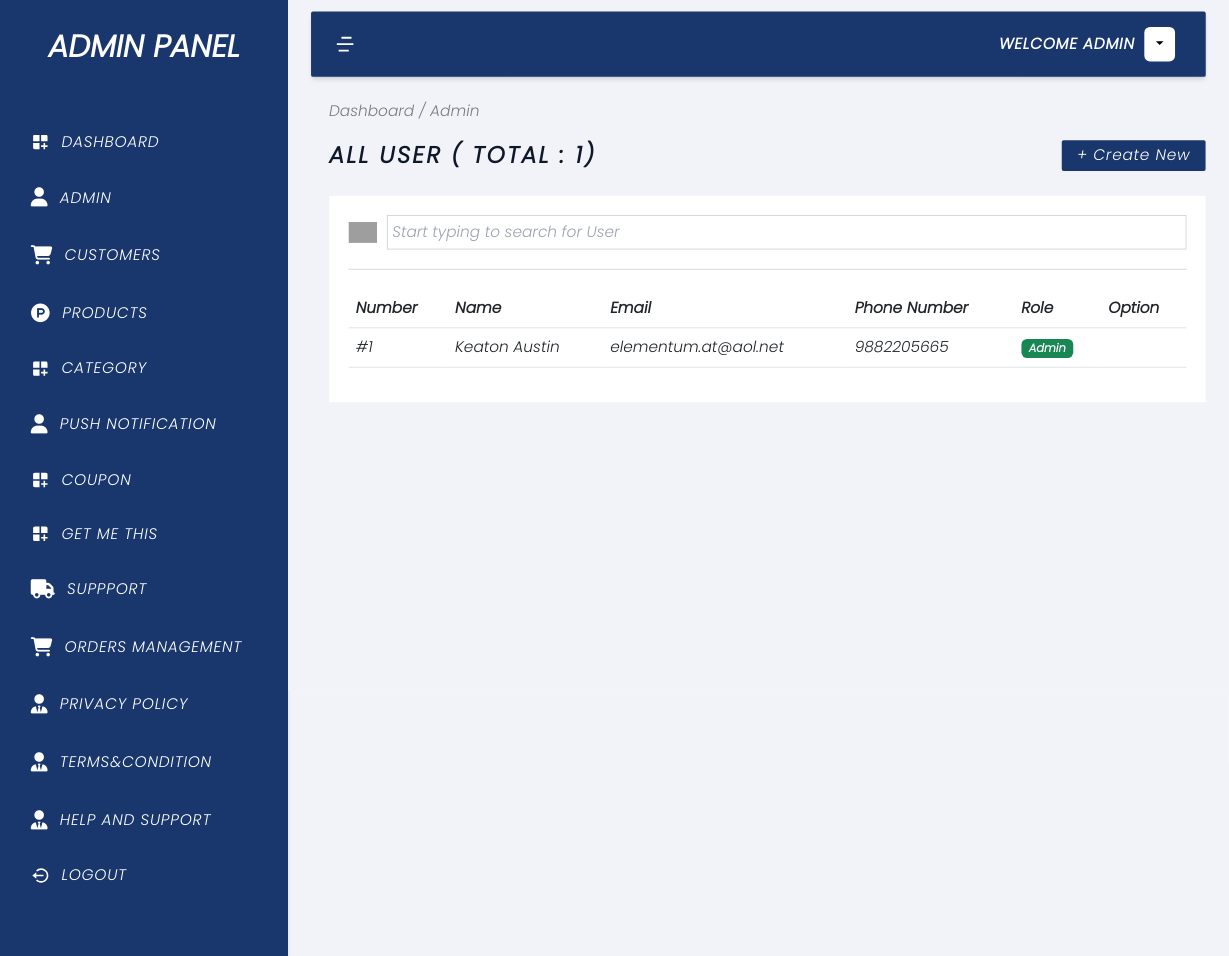
Repository: arpanmalik/project-khanna
Page: /Admin
These files come from the project's save history. The page is drawn as it stood at one moment and after the next save; the edit follows.
The browser window is 1280 px wide. The pictures show the whole page, at 96% of full size.
Pictures or frames that could not be fetched are drawn as grey boxes. Some web libraries are served in a nearby version. The project was rebuilt for these pictures with package versions that can differ from the ones it lists, and the page was loaded fresh each time. Also part of the build but not shown: src/E-CommerceAdmin/forms/Login.jsx, src/E-CommerceAdmin/pages/Dashboard.jsx, src/E-CommerceAdmin/pages/ECategory.js, src/E-CommerceAdmin/pages/EProduct.js, src/E-CommerceAdmin/pages/EVendorList.js, src/E-CommerceAdmin/pages/EAdminOrders.js, src/E-CommerceAdmin/pages/EAdminProduct.js, src/E-CommerceAdmin/pages/EAdminDelivery.js and 11 more. Imported but missing from the stored project, and not drawn on this page: src/E-CommerceAdmin/pages/Component/SpinnerComp, src/E-CommerceVendor/forms/EVendorLogin, src/E-CommerceVendor/pages/EVCategory, src/E-CommerceVendor/pages/EVCoupon, src/E-CommerceVendor/pages/EVDashboard, src/E-CommerceVendor/pages/EVOrders, src/E-CommerceVendor/pages/EVProduct, src/E-CommerceVendor/pages/EVSubCategory.

Above is the page before, as saved 2023-05-16 15:07:29.

### public/index.html
<!-- @format -->

<!DOCTYPE html>
<html lang="en">
  <head>
    <meta charset="utf-8" />
    <meta name="viewport" content="width=device-width, initial-scale=1" />
    <meta name="theme-color" content="#000000" />
    <meta
      name="description"
      content="Web site created using create-react-app"
    />
    <link rel="manifest" href="%PUBLIC_URL%/manifest.json" />
    <link rel="preconnect" href="https://fonts.googleapis.com">
<link rel="preconnect" href="https://fonts.gstatic.com" crossorigin>
<link href="https://fonts.googleapis.com/css2?family=Roboto+Mono:ital,wght@1,300&display=swap" rel="stylesheet">
    <title>Admin Panel</title>
  </head>
  <body>
    <noscript>You need to enable JavaScript to run this app.</noscript>
    <div id="root"></div>
    <script src="https://code.jquery.com/jquery-3.6.0.min.js"></script>
    <script src="https://kit.fontawesome.com/b533b351e4.js" crossorigin="anonymous"></script>
  </body>
</html>

### src/E-CommerceAdmin/pages/EAdmin.js
/** @format */

import axios from "axios";
import React, { useEffect, useState } from "react";
import { Alert, Badge, Button, Form, Modal, Table } from "react-bootstrap";
import { toast } from "react-toastify";
import HOC from "../layout/HOC";

const EAdmin = () => {
  const [modalShow, setModalShow] = React.useState(false);


  function MyVerticallyCenteredModal(props) {
    const [name, setName] = useState("");
    const [email, setEmail] = useState("");
    const [password, setPassword] = useState("");
    const [passwordConfirmation, setPasswordConfirmation] = useState("");
    const [phone, setPhone] = useState("");
    const [passwordError, setPasswordError] = useState(false);

    const postHandler = async (e) => {
      e.preventDefault();
      if (password === passwordConfirmation) {
        try {
          const { data } = await axios.post(
            "http://ec2-65-1-248-95.ap-south-1.compute.amazonaws.com:8886/api/auth/register",
            {
              name,
              username: name,
              email,
              password,
              passwordConfirmation,
              phone,
              role: "admin",
            }
          );
          toast.success(`${data?.user?.name} Created `);

        } catch (e) {
          console.log(e);
          toast.error(e.response.data.message);
        }
      } else {
        setPasswordError(true);
      }
    };

    return (
      <Modal
        {...props}
        size="lg"
        aria-labelledby="contained-modal-title-vcenter"
        centered
      >
        <Modal.Header closeButton>
          <Modal.Title id="contained-modal-title-vcenter">
            Add Admin
          </Modal.Title>
        </Modal.Header>
        <Modal.Body>
          {passwordError ? (
            <Alert variant="danger">Passwords do not Match</Alert>
          ) : (
            ""
          )}
          <Form onSubmit={postHandler}>
            <Form.Group className="mb-3">
              <Form.Label>Name</Form.Label>
              <Form.Control
                type="text"
                required
                onChange={(e) => setName(e.target.value)}
              />
            </Form.Group>
            <Form.Group className="mb-3">
              <Form.Label>Email Address</Form.Label>
              <Form.Control
                type="email"
                required
                onChange={(e) => setEmail(e.target.value)}
              />
            </Form.Group>
            <Form.Group className="mb-3">
              <Form.Label>Phone Number</Form.Label>
              <Form.Control
                type="tel"
                pattern="[0-9]{10}"
                required
                onChange={(e) => setPhone(e.target.value)}
              />
            </Form.Group>
            <Form.Group className="mb-3">
              <Form.Label>Password</Form.Label>
              <Form.Control
                type="password"
                required
                onChange={(e) => setPassword(e.target.value)}
                minLength={8}
              />
            </Form.Group>
            <Form.Group className="mb-3">
              <Form.Label>Confirm Password</Form.Label>
              <Form.Control
                type="password"
                required
                onChange={(e) => setPasswordConfirmation(e.target.value)}
                minLength={8}
              />
            </Form.Group>
            <Button variant="outline-success" type="submit">
              Submit
            </Button>
          </Form>
        </Modal.Body>
        <Modal.Footer></Modal.Footer>
      </Modal>
    );
  }



  return (
    <>
      <MyVerticallyCenteredModal
        show={modalShow}
        onHide={() => setModalShow(false)}
      />

      <p className="headP">Dashboard / Admin</p>
      <div
        className="pb-4 sticky top-0  w-full flex justify-between items-center"
        style={{ width: "98%", marginLeft: "2%" }}
      >
        <span
          className="tracking-widest text-slate-900 font-semibold uppercase "
          style={{ fontSize: "1.5rem" }}
        >
          All User ( Total : 1)
        </span>
        <button
          onClick={() => {
            setModalShow(true);
          }}
          className="md:py-2 px-3 md:px-4 py-1 rounded-sm bg-[#19376d] text-white tracking-wider"
        >
          + Create New
        </button>
      </div>

      <section className="sectionCont">
            <div className="filterBox">
              <img
                src="https://t4.ftcdn.net/jpg/01/41/97/61/360_F_141976137_kQrdYIvfn3e0RT1EWbZOmQciOKLMgCwG.jpg"
                alt=""
              />
              <input
                type="search"
                placeholder="Start typing to search for User"
              />
            </div>

            <div className="overFlowCont">
              <Table>
                <thead>
                  <tr>
                    <th>Number</th>
                    <th>Name</th>
                    <th>Email</th>
                    <th>Phone Number</th>
                    <th>Role</th>
                    <th>Option</th>
                  </tr>
                </thead>
                <tbody>
                  <tr>
                    <td>#1</td>
                    <td>Keaton Austin</td>
                    <td>elementum.at@aol.net</td>
                    <td>9882205665</td>
                    <td>
                      <Badge bg='success' >Admin</Badge>
                    </td>
                    <td></td>
                  </tr>
                </tbody>
              </Table>
            </div>
      </section>
    </>
  );
};

export default HOC(EAdmin);

### src/E-CommerceAdmin/layout/HOC.jsx
/** @format */

import React, { useState } from "react";
import Navbar from "./Navbar";
import Sidebar from "./Sidebar";

const HOC = (Wcomponenet) => {
  return function Component() {
    const [hamb, setHamb] = useState(false);
    return (
      <>
        <section
          className="flex overflow-x-hidden relative "
          style={{ backgroundColor: "#f2f3f8" }}
        >
          {/* Sidebar */}
          <div
            className={
              hamb
                ? " absolute top-0 z-30 md:w-auto shadow-md bg-slate-200  w-60 transition-all md:-left-full left duration-150  h-auto overflow-y-auto  left-0 "
                : " md:w-72 z-30 bg-slate-200  shadow-md  md:static absolute top-0 -left-full   transition-all duration-150  overflow-y-auto h-auto"
            }
            style={{ minWidth: "300px" }}
          >
            <Sidebar hamb={hamb} setHamb={setHamb} />
          </div>
          {/* Components & Navbar */}
          <div
            className={
              hamb
                ? " transition-all px-4 py-2  duration-150 w-full h-screen"
                : " w-full h-screen  px-4 py-2   z-50 transition-all duration-150 "
            }
            style={{ backgroundColor: "#f2f3f8" }}
          >
            <Navbar hamb={hamb} setHamb={setHamb} />
            <div className="my-6 text-#000 h-[87%] wcomp overflow-y-auto">
              {" "}
              <Wcomponenet />
            </div>
          </div>
        </section>
      </>
    );
  };
};

export default HOC;

### src/E-CommerceAdmin/layout/Navbar.jsx
/** @format */
import { RiMenu4Line } from "react-icons/ri";
import Dropdown from "react-bootstrap/Dropdown";
import { UpdateProfile } from "../../Modals";
import { useState } from "react";
import { useNavigate } from "react-router-dom";
import { toast } from "react-toastify";

const Navbar = ({ hamb, setHamb }) => {
  const [modalShow, setModalShow] = useState(false);
  const navigate = useNavigate();

  function LogOut () {
    navigate('/')
    toast.success("Logged Out")
  }

  return (
    <>
      <UpdateProfile show={modalShow} onHide={() => setModalShow(false)} />
      <div
        className={
          hamb
            ? "flex  w-full justify-between  my-1 rounded-sm  p-4 py-3 shadow-md items-center  bg-slate-200 space-x-4"
            : "flex  w-full justify-between my-1 rounded-sm  p-4 py-3 shadow-md items-center  bg-slate-200 space-x-4"
        }
        style={{ backgroundColor: "#19376d" }}
      >
        <RiMenu4Line
          onClick={() => setHamb(!hamb)}
          className="text-2xl font-bold text-gray-900 hover:scale-90 cursor-pointer"
          style={{ color: "#fff" }}
        />

        <section className="flex sm:ml-auto justify-end sm:w-full items-center space-x-2  pr-2">
          <figcaption
            className="tracking-wider pl-1 font-semibold d-flex"
            style={{ gap: "10px", alignItems: "center" }}
          >
            <div
              className="lg:text-base text-sm text-gray-900  uppercase"
              style={{ color: "#fff" }}
            >
              Welcome Admin
            </div>
            <Dropdown>
              <Dropdown.Toggle id="dropdown-basic"></Dropdown.Toggle>

              <Dropdown.Menu>
                <Dropdown.Item onClick={() => setModalShow(true)}>
                  Update Profile <i className="fa-solid fa-user"></i>{" "}
                </Dropdown.Item>
                <Dropdown.Item onClick={() => LogOut()} >
                  Logout <i className="fa-solid fa-right-from-bracket"></i>{" "}
                </Dropdown.Item>
              </Dropdown.Menu>
            </Dropdown>
          </figcaption>
        </section>
      </div>
    </>
  );
};

export default Navbar;

### src/E-CommerceAdmin/layout/Sidebar.jsx
/** @format */

import React from "react";
import { RiCloseLine } from "react-icons/ri";
import { Link, useNavigate } from "react-router-dom";
import { BiLogOutCircle } from "react-icons/bi";
import { MdDashboardCustomize } from "react-icons/md";

const Sidebar = ({ hamb, setHamb }) => {
  const navigate = useNavigate();

  const nav = [
    {
      icon: <MdDashboardCustomize className="text-xl mr-3 rounded-full " />,
      link: "/dashboard ",
      name: "Dashboard",
    },
    {
      icon: <i className="fa-solid fa-user text-xl mr-3 rounded-full"></i>,
      link: "/Admin",
      name: "Admin",
    },
    {
      icon: (
        <i className="fa-solid fa-cart-shopping text-xl mr-3 rounded-full"></i>
      ),
      link: "/Customer",
      name: "Customers",
    },
    // {
    //   icon: <i className="fa-solid fa-user-tie text-xl mr-3 rounded-full"></i>,
    //   link: "/VendorList",
    //   name: "Vendors",
    // },
    {
      icon: (
        <i className="fa-brands fa-product-hunt text-xl mr-3 rounded-full"></i>
      ),
      link: "/Product",
      name: "Products",
    },
    {
      icon: <MdDashboardCustomize className="text-xl mr-3 rounded-full " />,
      link: "/Category",
      name: "Category",
    },

    // {
    //   icon: <MdDashboardCustomize className="text-xl mr-3 rounded-full " />,
    //   link: "/SubCategory",
    //   name: "Sub-Category",
    // },
    {
      icon: <i className="fa-solid fa-user text-xl mr-3 rounded-full"></i>,
      link: "/pushNotification",
      name: "Push Notification",
    },

    // {
    //   icon: <MdDashboardCustomize className="text-xl mr-3 rounded-full " />,
    //   link: "/banner",
    //   name: "Banner",
    // },
    {
      icon: <MdDashboardCustomize className="text-xl mr-3 rounded-full " />,
      link: "/coupon",
      name: "Coupon",
    },
    {
      icon: <MdDashboardCustomize className="text-xl mr-3 rounded-full " />,
      link: "/getMeThis",
      name: "Get Me This",
    },
    {
      icon: <i className="fa-solid fa-truck  text-xl mr-3 rounded-full"></i>,
      link: "/Support",
      name: "Suppport",
    },
    {
      icon: (
        <i className="fa-solid fa-cart-shopping text-xl mr-3 rounded-full"></i>
      ),
      link: "/Orders",
      name: "Orders Management",
    },

    {
      icon: <i className="fa-solid fa-user-tie text-xl mr-3 rounded-full"></i>,
      link: "/privacy",
      name: "Privacy Policy",
    },
    {
      icon: <i className="fa-solid fa-user-tie text-xl mr-3 rounded-full"></i>,
      link: "/terms",
      name: "Terms&Condition",
    },
    // {
    //   icon: <i className="fa-solid fa-user-tie text-xl mr-3 rounded-full"></i>,
    //   link: "/helpSupport",
    //   name: "Help and Support",
    // },
    {
      icon: <i className="fa-solid fa-user-tie text-xl mr-3 rounded-full"></i>,
      link: "/complaints",
      name: "Help and Support",
    },
  ];

  const logOut = () => {
    localStorage.clear()
    navigate("/");
  };

  return (
    <>
      <aside
        className="p-4 h-auto"
        style={{ backgroundColor: "#19376d", minHeight: "100vh" }}
      >
        {/* Top */}
        <div className="w-full md:hidden relative  p-2 mb-4">
          <RiCloseLine
            onClick={() => setHamb(!hamb)}
            className="text-3xl  absolute top-2 sm:hover:rotate-[228deg] transition-transform font-bold right-2 sm:hover:text-[22px] text-[rgb(241,146,46)] cursor-pointer"
          />
        </div>{" "}
        <figure className="flex  flex-col items-center">
          <span
            className="font-bold text-[#fff]"
            style={{
              fontSize: "2rem",
              textAlign: "center",
              textTransform: "uppercase",
            }}
          >
            {" "}
            ADMIN PANEL
          </span>
        </figure>
        <nav className="py-6">
          {nav.map((nav) => {
            return (
              <Link
                to={nav.link}
                key={nav.name}
                className=""
                style={{ textDecoration: "none", textTransform: "uppercase" }}
              >
                <span
                  className="flex my-3 items-center cursor-pointer text-gray-900    tracking-wider p-2 rounded-sm"
                  style={{ color: "#FFF" }}
                >
                  {nav.icon} {nav.name}
                </span>
              </Link>
            );
          })}
          <span
            className="flex my-3 items-center cursor-pointer text-gray-900    tracking-wider p-2 rounded-sm"
            onClick={() => logOut()}
            style={{ color: "#FFF", textTransform: "uppercase" }}
          >
            <BiLogOutCircle className="text-xl mr-3 rounded-full " /> LogOut
          </span>
        </nav>
      </aside>
    </>
  );
};

export default Sidebar;

Loaded but not shown: tailwind.config.js (common file); src/App.js (92 lines, source omitted); src/Modals.js (41 lines, source omitted); src/index.js (15 lines, source omitted); src/index.css (504 lines, source omitted)

After the next save:
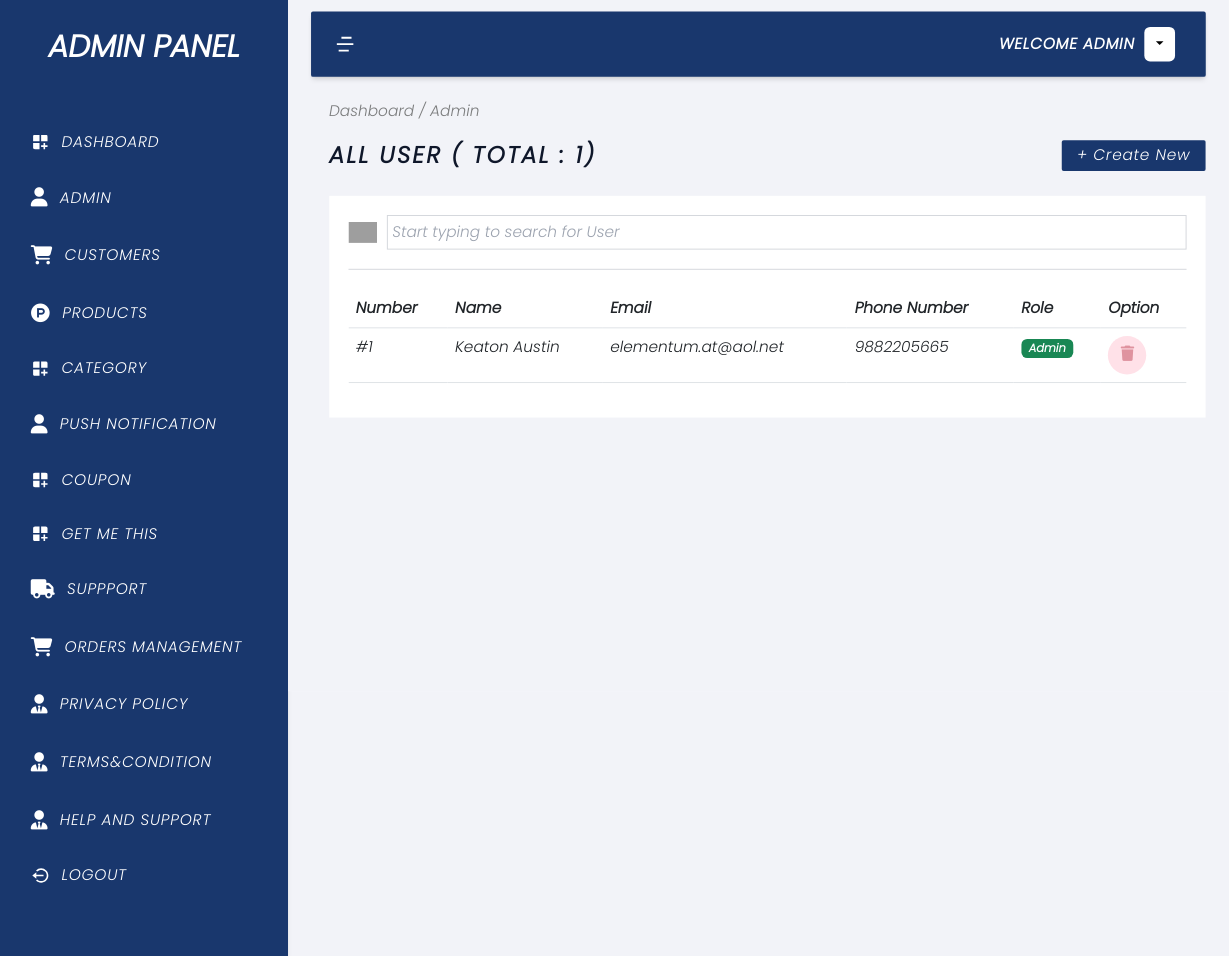
Saved 38 s later.
--- a/src/E-CommerceAdmin/pages/EAdmin.js
+++ b/src/E-CommerceAdmin/pages/EAdmin.js
@@ -180,7 +180,12 @@ const EAdmin = () => {
                     <td>
                       <Badge bg='success' >Admin</Badge>
                     </td>
-                    <td></td>
+                    <td>
+                    <i
+                            className="fa-sharp fa-solid fa-trash"
+                            onClick={() => deleteHandler(i._id)}
+                          ></i>
+                    </td>
                   </tr>
                 </tbody>
               </Table>
